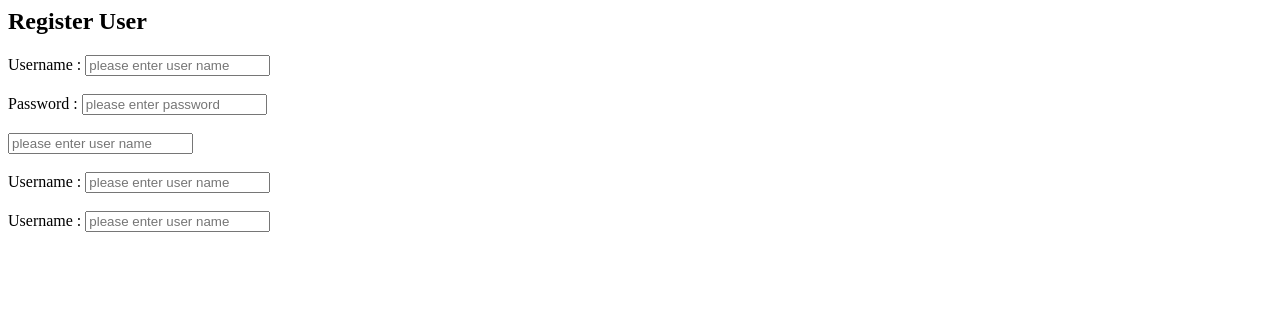
Repository: Nitin-Kalshetty/Training_Java
Page: http://localhost/first_jsp/
An editor plug-in stored every save of this project. The page is shown before and after the next save, followed by the edit.
The browser window is 1280 px wide. The pictures show the whole page.
The page is served by Tomcat 9. Other server files are loaded and not shown.

Above is the page before, as saved 2023-05-26 09:08:09.

### first_jsp/src/main/webapp/index.jsp
<html>
<body>
<h2>Register User</h2>
<form method="POST">

<label>Username : </label>
<input name="userName" placeholder="please enter user name"/>
<br/> <br/>
<label>Password : </label>
<input name="password" placeholder="please enter password"/>
<br/> <br/>
<label> </label>
<input name="userName" placeholder="please enter user name"/>
<br/> <br/>
<label>Username : </label>
<input name="userName" placeholder="please enter user name"/>
<br/> <br/>
<label>Username : </label>
<input name="userName" placeholder="please enter user name"/>
<br/> <br/>


</form>



</body>
</html>

After the next save:
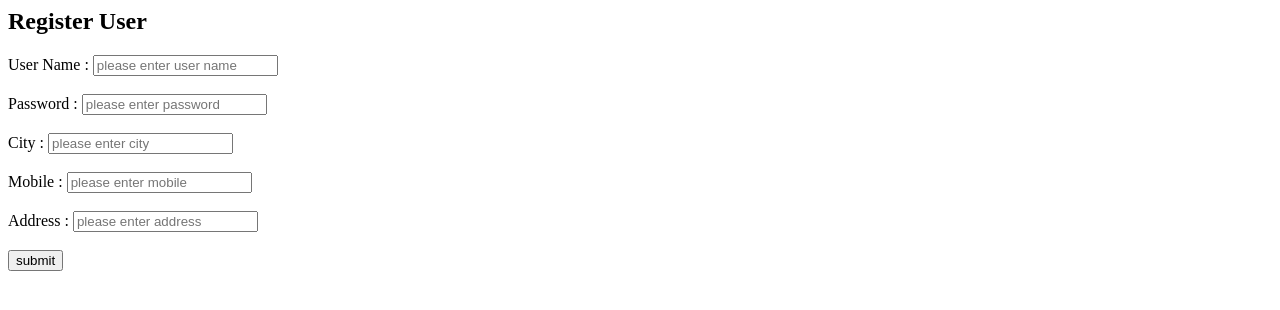
Saved 5 min 25 s later.
--- a/first_jsp/src/main/webapp/index.jsp
+++ b/first_jsp/src/main/webapp/index.jsp
@@ -3,23 +3,22 @@
 <h2>Register User</h2>
 <form method="POST">
 
-<label>Username : </label>
+<label>User Name : </label>
 <input name="userName" placeholder="please enter user name"/>
 <br/> <br/>
 <label>Password : </label>
-<input name="password" placeholder="please enter password"/>
+<input type="password" name="password" placeholder="please enter password"/>
 <br/> <br/>
-<label> </label>
-<input name="userName" placeholder="please enter user name"/>
+<label>City :  </label>
+<input name="city" placeholder="please enter city"/>
 <br/> <br/>
-<label>Username : </label>
-<input name="userName" placeholder="please enter user name"/>
+<label>Mobile : </label>
+<input type="tel" name="mobile" placeholder="please enter mobile"/>
 <br/> <br/>
-<label>Username : </label>
-<input name="userName" placeholder="please enter user name"/>
+<label>Address : </label>
+<input name="address" placeholder="please enter address"/>
 <br/> <br/>
-
-
+<input type="submit" value="submit" />
 </form>
 
 
